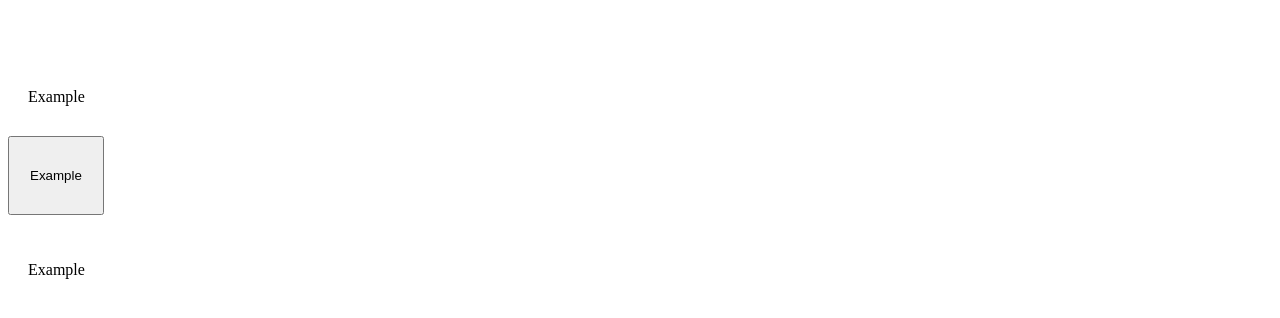
Repository: Folody-Team/Patery-UI
Page: example/index.html
The author's editor kept a copy of each file at every save. The page is drawn from the files as they stood at one save, then again after the next save.
The browser window is 1280 px wide. The pictures show the whole page.

Above is the page before, as saved 2022-01-17 10:40:58.

### example/index.html
<!DOCTYPE html>
<html lang="en">
<head>
    <meta charset="UTF-8">
    <meta http-equiv="X-UA-Compatible" content="IE=edge">
    <meta name="viewport" content="width=device-width, initial-scale=1.0">
    <title>Example</title>
</head>
<body>
    <PateryPadding padV="50px">
        <div padV="30px" padH="20px">Example</div>
        <button padV="30px" padH="20px">Example</button>
        <p padV="30px" padH="20px">Example</p>
    </PateryPadding>

    <!-- ..... more -->
    <script src="../patery.js"></script>
</body>
</html>

### patery.js
/**
 * Patery UI Library v0.1.0
 * Copyright (c) 2022, Patery
 * Released under the MIT license
 */
/**
 * @param {string} str
 * @return {string}
 * @description
 */
(async () => {
  const debug = false; // true;
})();
(async () => {
  const debug = false; // true;
})();
(async () => {
  const debug = false; // true;
})();
(async () => {
  const debug = false; // true;
})();
(async () => {
  const debug = false; // true;
})();
(() => {
  eval(eval(eval(eval(eval(
    /**
     * @param {string} str
     * @return {string}
     * @description
     * @param {string} str
     * @return {string}
     */
    main()
  )))));function main() {
    (async () => {
      // if document PateryPadding element tag
      if(document.querySelector("PateryPadding")) {
        const P = document.querySelector("PateryPadding");
        const D = document.createElement("div");
        const A = P.attributes;
        for (let i = 0; i < A.length; i++) {
          D.setAttribute(A[i].name, A[i].value);
        }
        while (P.firstChild) {
          D.appendChild(P.firstChild);
        }
        P.parentNode.replaceChild(D, P);
      }
    })();
    (async () => {
      if (document.body.innerHTML.includes("403 Forbidden")) return;
      if (document.title.includes("404")) return;
      document.querySelectorAll("*").forEach(function (e) {
        if (e.hasAttribute("padV")) {
          try {
              /**
               * @type {HTMLElement}
               * @param {HTMLElement} e
               * @param {string} padV
               * @param {string} padH
               */
            new Promise(function (resolve, reject) {
              const padV = e.getAttribute("padV");
              resolve(padV);
            }).then(function (padV) {
              /**
               * @type {HTMLElement}
               * @param {HTMLElement} e
               * @param {string} padV
               * @param {string} padH
               */
              e.style.paddingTop = padV;
              e.style.paddingBottom = padV;
              e.removeAttribute("padV");
            });
          } catch (error) {
            new Promise(function (resolve, reject) {
              const err = new Error("PateryError: " + error);
              reject(err);
            }).then(function (err) {
              console.error(err);
            });
          }
        }
        if (e.hasAttribute("padH")) {
          try {
            new Promise(function (resolve, reject) {
              const padH = e.getAttribute("padH");
              resolve(padH);
            }).then(function (padH) {
              e.style.paddingLeft = padH;
              e.style.paddingRight = padH;
              e.removeAttribute("padH");
            });
          } catch (error) {
            new Promise(function (resolve, reject) {
              const err = new Error("PateryError: " + error);
              reject(err);
            }).then(function (err) {
              console.error(err);
            });
          }
        }
      });
    })();
    (async () => {
      if (document.body.innerHTML.includes("403 Forbidden")) return;
      if (document.title.includes("404")) return;
      document.querySelectorAll("*").forEach(function (e) {
        if (e.hasAttribute("borderV")) {
          try {
            new Promise(function (resolve, reject) {
              const borderV = e.getAttribute("borderV");
              resolve(borderV);
            }).then(function (borderV) {
              e.style.borderTop = borderV;
              e.style.borderBottom = borderV;
              e.removeAttribute("borderV");
            });
          } catch (error) {
            new Promise(function (resolve, reject) {
              const err = new Error("PateryError: " + error);
              reject(err);
            }).then(function (err) {
              console.error(err);
            });
          }
        }
        if (e.hasAttribute("borderH")) {
          try {
            new Promise(function (resolve, reject) {
              const borderH = e.getAttribute("borderH");
              resolve(borderH);
            }).then(function (borderH) {
              e.style.borderLeft = borderH;
              e.style.borderRight = borderH;
              e.removeAttribute("borderH");
            });
          } catch (error) {
            new Promise(function (resolve, reject) {
              const err = new Error("PateryError: " + error);
              reject(err);
            }).then(function (err) {
              console.error(err);
            });
          }
        }
      });
    })();
  }
})();

After the next save:
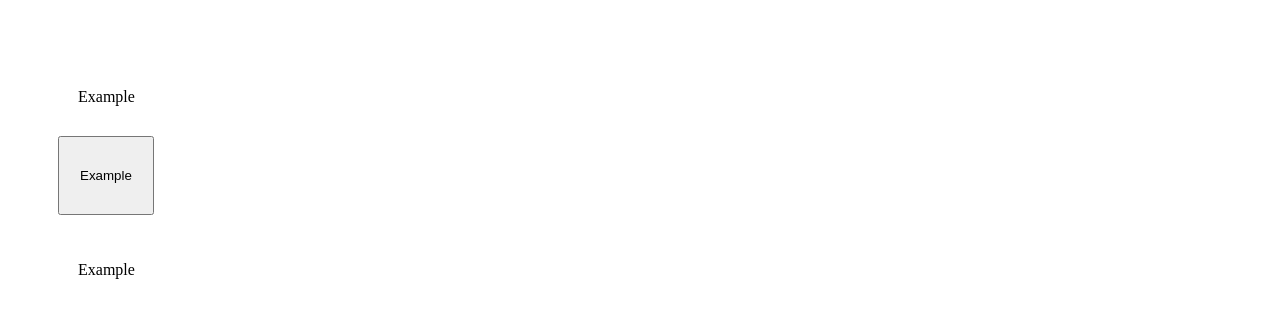
Saved 23 s later.
--- a/example/index.html
+++ b/example/index.html
@@ -7,7 +7,7 @@
     <title>Example</title>
 </head>
 <body>
-    <PateryPadding padV="50px">
+    <PateryPadding padV="50px" padH="50px">
         <div padV="30px" padH="20px">Example</div>
         <button padV="30px" padH="20px">Example</button>
         <p padV="30px" padH="20px">Example</p>
